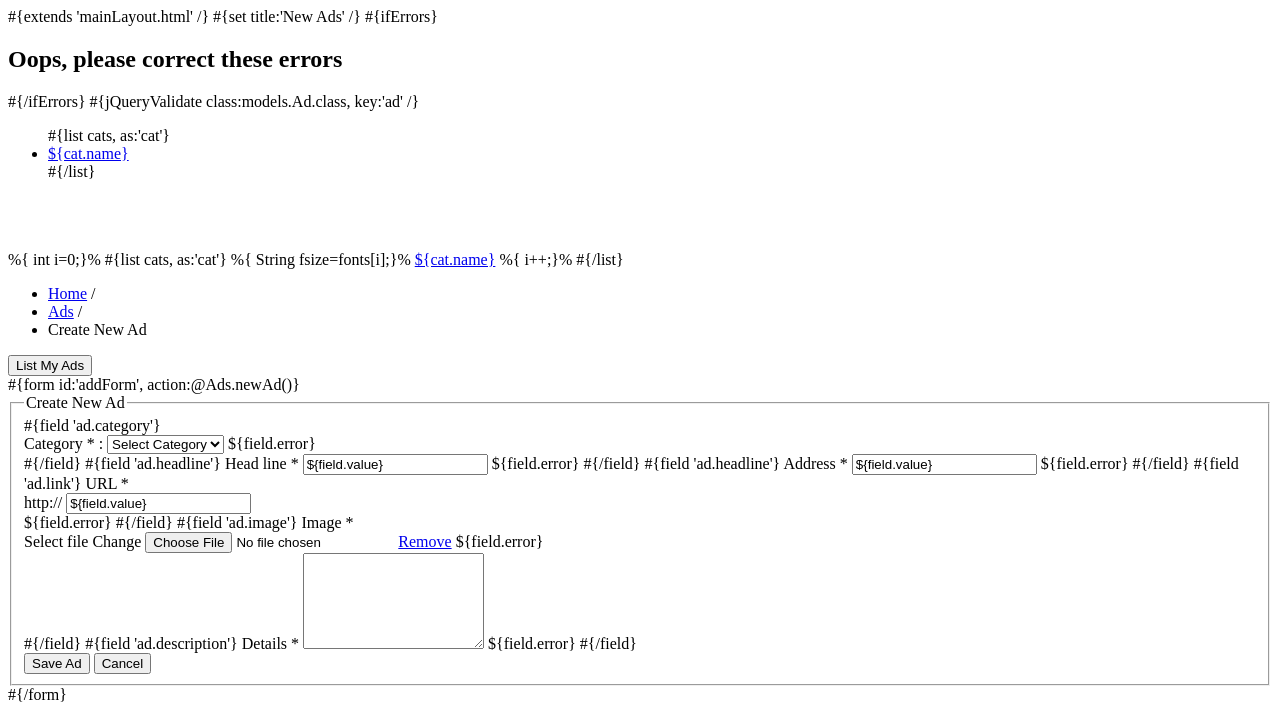
Repository: Maalejm/SEBA
Page: SlifeWebSite/app/views/Ads/newAd.html
These files come from the project's save history. The page is drawn as it stood at one moment and after the next save; the edit follows.
The browser window is 1280 px wide. The pictures show the whole page.

Above is the page before, as saved 2013-06-18 06:56:24.

### SlifeWebSite/app/views/Ads/newAd.html
#{extends 'mainLayout.html' /}
#{set title:'New Ads' /}

#{ifErrors}
<div class="error">
    <h2>Oops, please correct these errors</h2>
</div>
#{/ifErrors}
#{jQueryValidate class:models.Ad.class, key:'ad' /}

 <div class="container-fluid">
            <div class="row-fluid">
                <div class="span2">

                    <ul class="nav nav-list">
                        #{list cats, as:'cat'}
                         <li
                         %{ if(cat.id==1) { }%
                          class="active"
                         %{ } }%
                         ><a class="catNav" href="${cat.id}">${cat.name}</a></li>
                        #{/list}

                    </ul>

                    <div>
                    <br/>
                    <br/>
                    <br/>

                    %{ int i=0;}%
                    #{list cats, as:'cat'}
                       %{ String fsize=fonts[i];}%
                       <span style="font-size:${fsize}px;"><a class="catNav" href="${cat.id}">${cat.name}</a></span>
                      %{ i++;}%
                    #{/list}
                    </div>
                    <!--Sidebar content-->
                </div>
                <div class="span10">
                    <ul class="breadcrumb">
                        <li><a href="#">Home</a> <span class="divider">/</span></li>
                        <li><a href="#">Ads</a> <span class="divider">/</span></li>
                        <li class="active">Create New Ad</li>
                    </ul>

                    <div class="btn-group">
                        <button class="btn">List My Ads</button>
                    </div>




                    #{form id:'addForm', action:@Ads.newAd()}
                        <fieldset>
                            <legend>Create New Ad</legend>


                             #{field 'ad.category'}
        						<div class="field">
            					<label for="${field.id}">Category * : </label>
            					<select id="${field.id}"  name="${field.name}" class="span5 ${field.errorClass}" >
                                <option value="0">Select Category</option>
                                #{list cats, as:'cat'}
                                <option value="${cat.id}">${cat.name}</option>
                    		    #{/list}
                          	  </select>
                           		 <span class="error">${field.error}</span>
						 	 </div>
      					   #{/field}
							#{field 'ad.headline'}
                            <label for="${field.id}" >Head line *</label>
                             <input id="${field.id}" value="${field.value}"  name="${field.name}" class="span5 ${field.errorClass}" type="text" class="span5" placeholder="Descripe your ad">
                             <span class="error">${field.error}</span>
                            #{/field}
                            #{field 'ad.headline'}
                            <label for="${field.id}" >Address *</label>
                             <input id="${field.id}" value="${field.value}"  name="${field.name}" class="span5 ${field.errorClass}" type="text" class="span5" placeholder="Type an address here">
                             <span class="error">${field.error}</span>
                            #{/field}

                            #{field 'ad.link'}
                            <label for="${field.id}" >URL *</label>
                             <div class=" input-prepend">
                                    <span class="add-on">http://</span>
                             <input id="${field.id}" value="${field.value}"  name="${field.name}" class="input_text ${field.errorClass}" type="text" class="span5" placeholder="Type an address here">
                             </div>
                             <span class="error">${field.error}</span>
                            #{/field}


                            #{field 'ad.image'}
                            <label for="${field.id}" >Image *</label>

                              <div class="fileupload fileupload-new" data-provides="fileupload">
  								<div class="input-append">
   								 <div class="uneditable-input span3"><i class="icon-file fileupload-exists">
   								 </i> <span class="fileupload-preview"></span></div><span class="btn btn-file">
   								 <span class="fileupload-new">Select file</span>
   								 <span class="fileupload-exists">Change</span>
   								 <input type="file" id="${field.id}" value="${field.value}"  name="${field.name}" class="${field.errorClass}" /></span><a href="#" class="btn fileupload-exists" data-dismiss="fileupload">Remove</a>
   								 <span class="error">${field.error}</span>

  								</div>

							</div>


                            #{/field}


                             #{field 'ad.description'}
                            <label for="${field.id}" >Details *</label>
                                <textarea rows="6"  id="${field.id}" value="${field.value}"  name="${field.name}" class="input_textarea ${field.errorClass}"></textarea>
                              <span class="error">${field.error}</span>
                            #{/field}

                                  <br/>



                                  <div class="form-actions">
                                      <button type="submit" class="btn btn-primary">Save Ad</button>
                                      <button type="button" class="btn">Cancel</button>
                                  </div>
                        </fieldset>
                    #{/form}



                    <!--Body content-->
                </div>
            </div>
        </div>

After the next save:
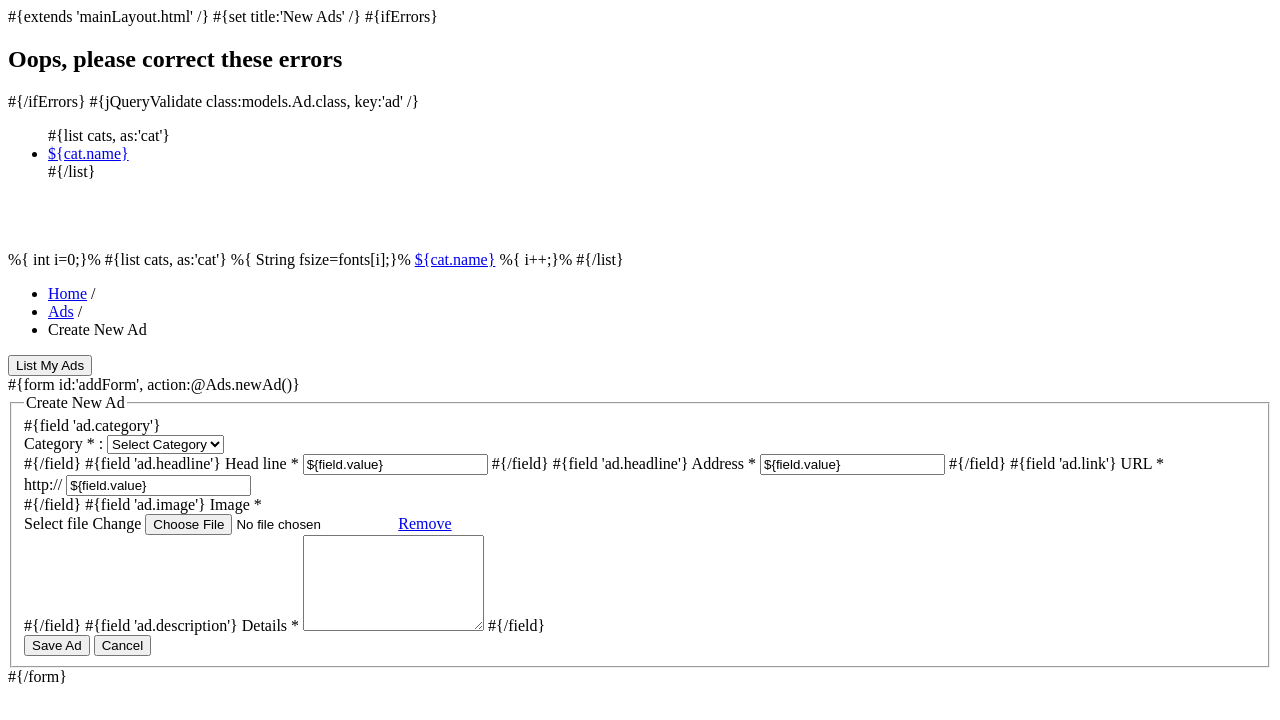
Saved 2 min 14 s later.
--- a/SlifeWebSite/app/views/Ads/newAd.html
+++ b/SlifeWebSite/app/views/Ads/newAd.html
@@ -65,18 +65,18 @@
                                 <option value="${cat.id}">${cat.name}</option>
                     		    #{/list}
                           	  </select>
-                           		 <span class="error">${field.error}</span>
+
 						 	 </div>
       					   #{/field}
 							#{field 'ad.headline'}
                             <label for="${field.id}" >Head line *</label>
                              <input id="${field.id}" value="${field.value}"  name="${field.name}" class="span5 ${field.errorClass}" type="text" class="span5" placeholder="Descripe your ad">
-                             <span class="error">${field.error}</span>
+
                             #{/field}
                             #{field 'ad.headline'}
                             <label for="${field.id}" >Address *</label>
                              <input id="${field.id}" value="${field.value}"  name="${field.name}" class="span5 ${field.errorClass}" type="text" class="span5" placeholder="Type an address here">
-                             <span class="error">${field.error}</span>
+
                             #{/field}
 
                             #{field 'ad.link'}
@@ -85,7 +85,7 @@
                                     <span class="add-on">http://</span>
                              <input id="${field.id}" value="${field.value}"  name="${field.name}" class="input_text ${field.errorClass}" type="text" class="span5" placeholder="Type an address here">
                              </div>
-                             <span class="error">${field.error}</span>
+
                             #{/field}
 
 
@@ -99,7 +99,7 @@
    								 <span class="fileupload-new">Select file</span>
    								 <span class="fileupload-exists">Change</span>
    								 <input type="file" id="${field.id}" value="${field.value}"  name="${field.name}" class="${field.errorClass}" /></span><a href="#" class="btn fileupload-exists" data-dismiss="fileupload">Remove</a>
-   								 <span class="error">${field.error}</span>
+
 
   								</div>
 
@@ -112,7 +112,7 @@
                              #{field 'ad.description'}
                             <label for="${field.id}" >Details *</label>
                                 <textarea rows="6"  id="${field.id}" value="${field.value}"  name="${field.name}" class="input_textarea ${field.errorClass}"></textarea>
-                              <span class="error">${field.error}</span>
+
                             #{/field}
 
                                   <br/>
